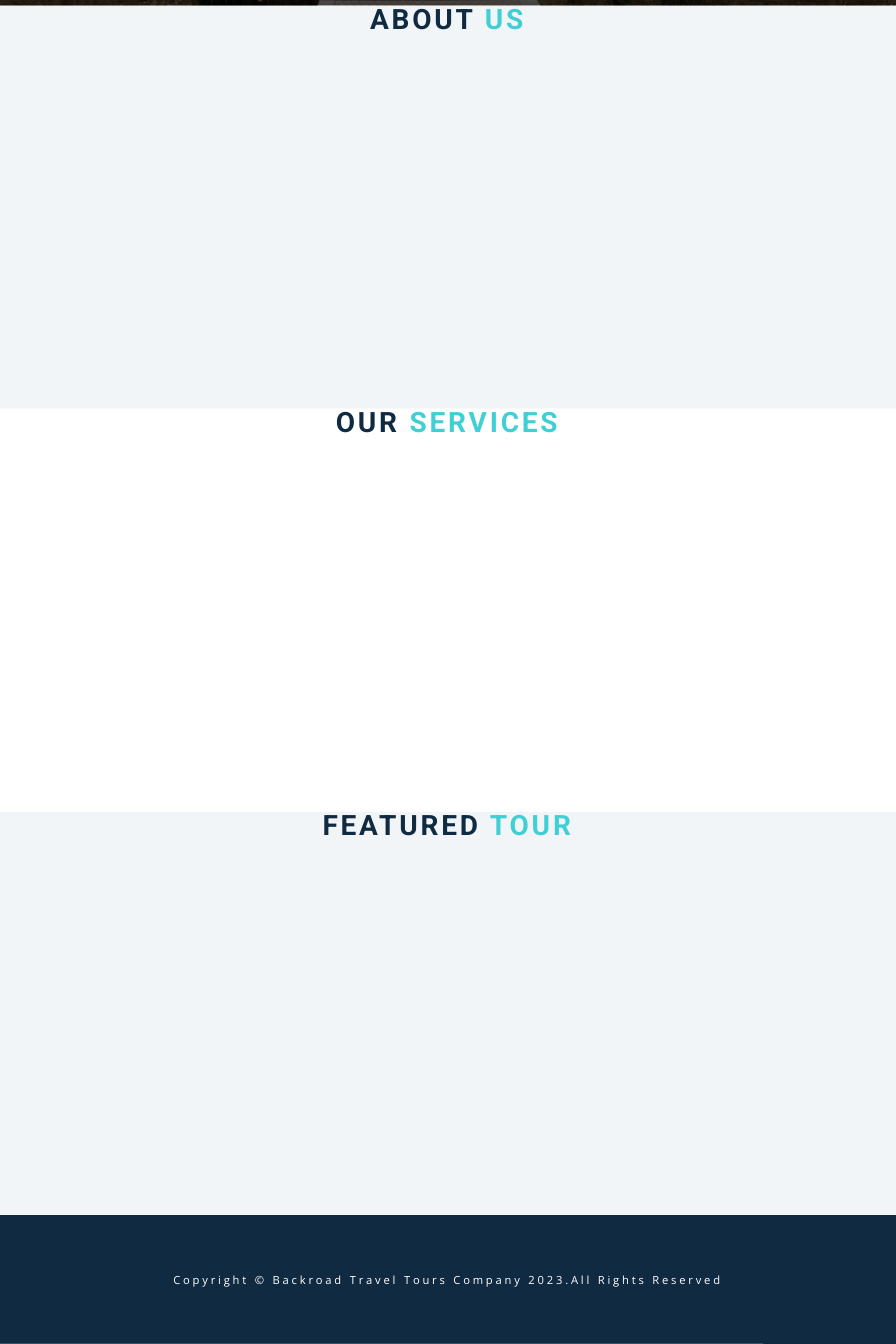
Repository: sunny070/javaScript
Page: Scroll_10/index.html
The author's editor kept a copy of each file at every save. The page is drawn from the files as they stood at one save, then again after a run of saves.
The browser window is 1280 px wide. The pictures show the part of the page from y = 794 to 2714 px (the page is 2714 px tall), at 70% of full size.
Some web libraries are served in a nearby version.

Above is the page before, as saved 2023-10-27 12:10:47.

After the next 5 saves:
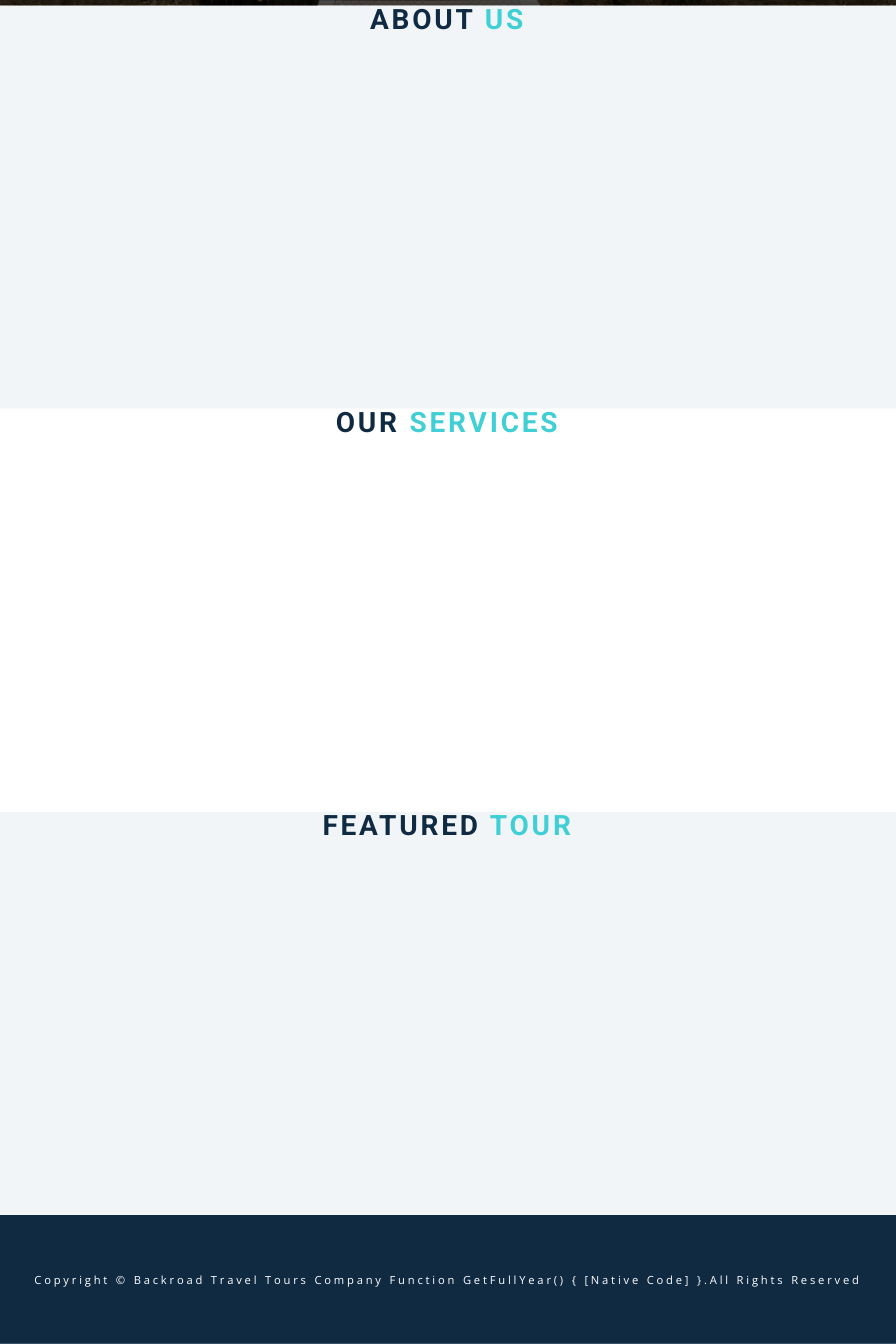
The 5 saves are shown as one change because they came seconds apart.
The last was saved 14 s later.
--- a/Scroll_10/app.js
+++ b/Scroll_10/app.js
@@ -5,7 +5,7 @@
 
 // ********** set date ************
 const date = document.getElementById('date');
-date.innerHTML
+date.innerHTML = new Date().getFullYear
 // ********** close links ************
 
 // ********** fixed navbar ************

After the 2 saves that followed:
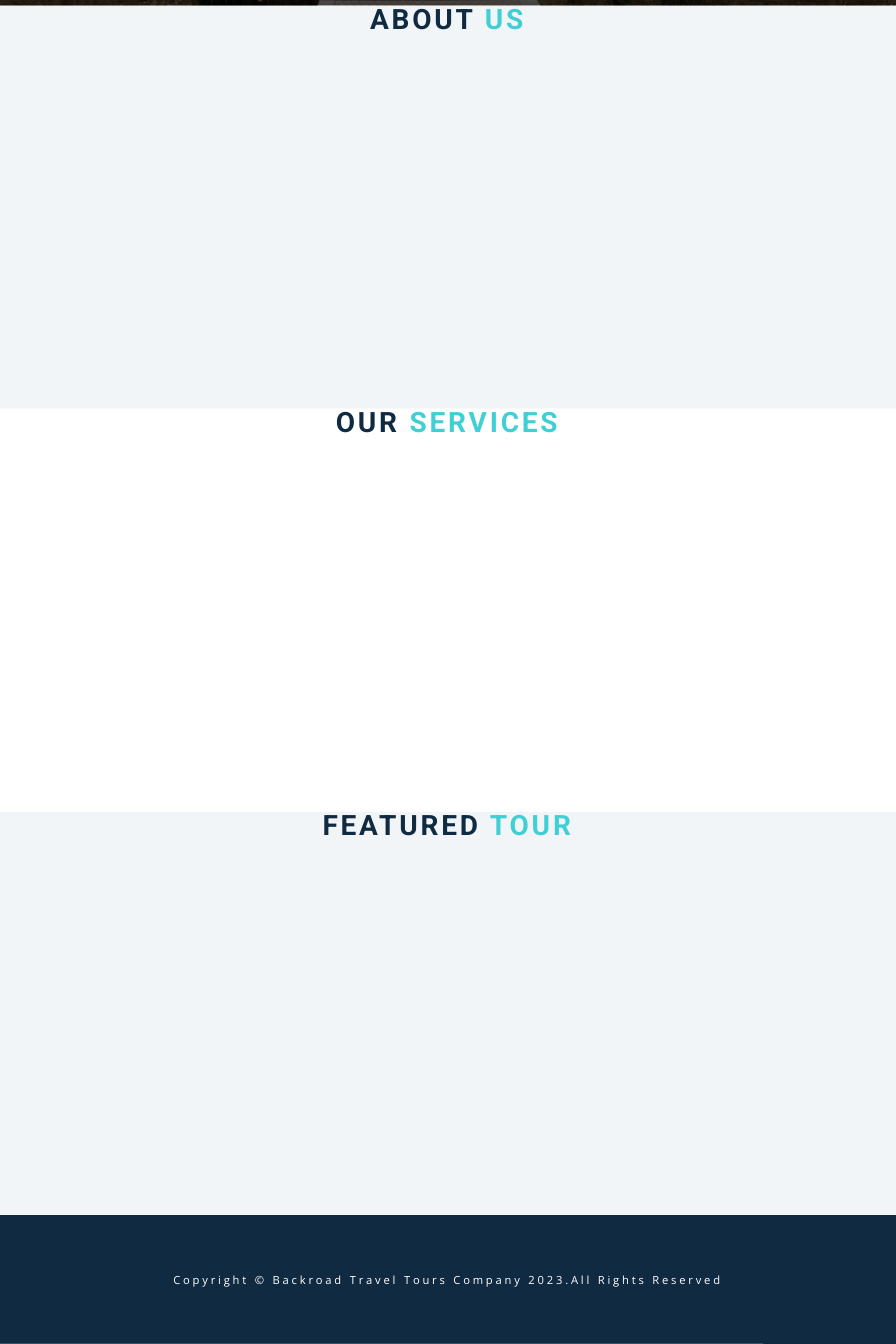
The 2 saves are shown as one change because they came seconds apart.
The last was saved 10 s later.
--- a/Scroll_10/app.js
+++ b/Scroll_10/app.js
@@ -5,7 +5,7 @@
 
 // ********** set date ************
 const date = document.getElementById('date');
-date.innerHTML = new Date().getFullYear
+date.innerHTML = new Date().getFullYear();
 // ********** close links ************
 
 // ********** fixed navbar ************
